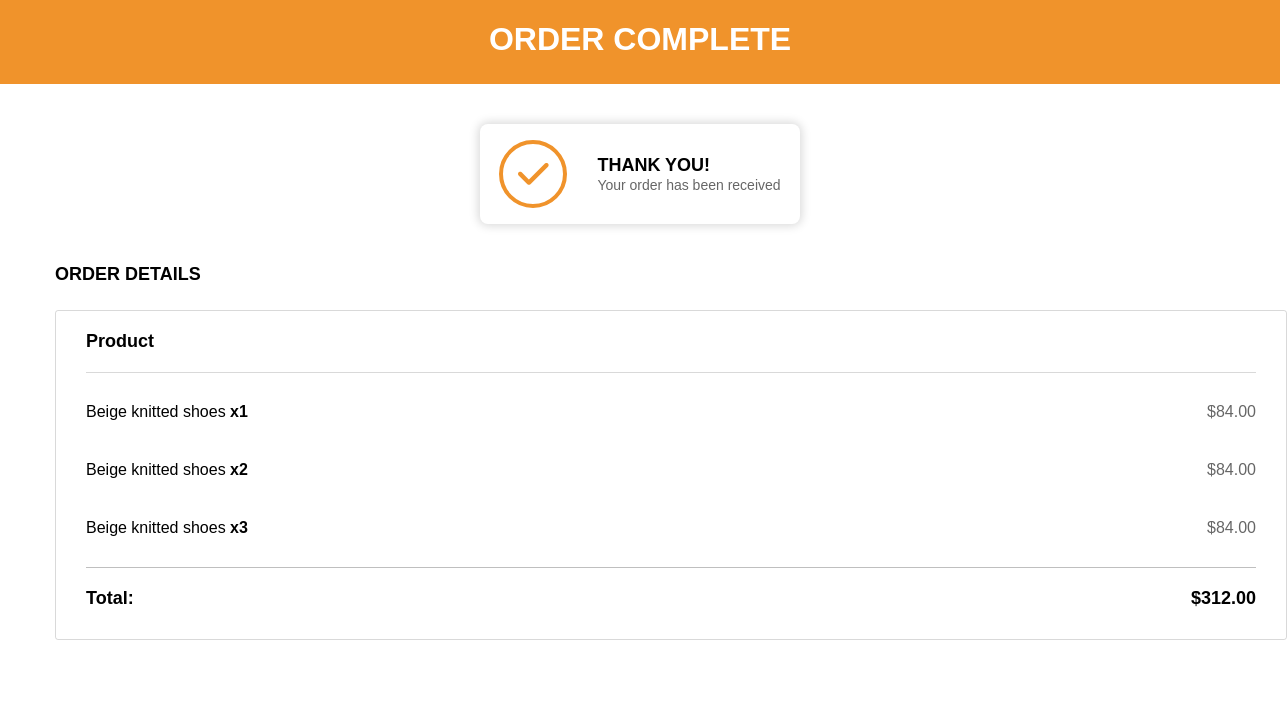
Repository: NguyenDucHung20002/project-homev1
Page: checkout/checkout.html
These files come from the project's save history. The page is drawn as it stood at one moment and after the next save; the edit follows.
The browser window is 1280 px wide. The page is 1287 px wide, so the pictures cover 1287 px, including what lies to the right of the window. The pictures show the whole page.
The style sheet was rebuilt from its Sass, Less or Tailwind sources for each picture, by a compiler version that may differ from the author's.

Above is the page before, as saved 2022-09-20 10:33:00.

### checkout/checkout.html
<!DOCTYPE html>
<html lang="en">

<head>
    <meta charset="UTF-8">
    <meta http-equiv="X-UA-Compatible" content="IE=edge">
    <meta name="viewport" content="width=device-width, initial-scale=1.0">
    <!-- <link rel="stylesheet" href="../reset.css"> -->
    <link rel="stylesheet" href="../fontawesome-free-6.1.2-web/css/all.min.css">
    <link rel="stylesheet" href="../dist/css/checkout.css">
    <title>Document</title>
    <link rel="icon" href="/icon/favicon.png">
</head>

<body>
    <header>
        <h1>ORDER COMPLETE</h1>
    </header>

    <div class="content">
        <div class="container">
            <div class="thank-you">
                <i class="fa-solid fa-check"></i>
                <div class="title">
                    <span><strong>THANK YOU!</strong></span><br>
                    <span>Your order has been received</span>
                </div>
            </div>
            <span class="title-order-details"><strong>ORDER DETAILS</strong></span>
            <div class="order-details">
                <span class="title-product"><strong>Product</strong></span>
                <div class="cart-items">
                    <div class="items">
                        <span class="name-items">Beige knitted shoes <strong>x1</strong></span>
                        <span class="price-items">$84.00</span>
                    </div>
                    <div class="items">
                        <span class="name-items">Beige knitted shoes <strong>x2</strong></span>
                        <span class="price-items">$84.00</span>
                    </div>
                    <div class="items">
                        <span class="name-items">Beige knitted shoes <strong>x3</strong></span>
                        <span class="price-items">$84.00</span>
                    </div>
                </div>
                <div class="sub-total">
                    <span class="title-subtotal">Total:</span>
                    <span class="total-price">$312.00</span>
                </div>
            </div>
        </div>
    </div>

</body>

<script src="https://cdnjs.cloudflare.com/ajax/libs/jquery/3.6.0/jquery.min.js"
    integrity="sha512-894YE6QWD5I59HgZOGReFYm4dnWc1Qt5NtvYSaNcOP+u1T9qYdvdihz0PPSiiqn/+/3e7Jo4EaG7TubfWGUrMQ=="
    crossorigin="anonymous" referrerpolicy="no-referrer"></script>
<script src="./checkout.js"></script>

</html>

### checkout/checkout.js
// $(".btn-checkout").click((e) => {
//   e.preventDefault();
// });

### checkout/checkout.scss
* {
  font-family: "Poppins", sans-serif;
}
body {
  position: relative;
}
.container {
  margin: 0 auto;
  width: 1170px;
}
header {
  width: 100%;
  height: 84px;
  position: fixed;
  top: 0;
  left: 0;
  z-index: 10000;
  background-color: #f0932b;
  h1 {
    text-align: center;
    color: #ffffff;
  }
}
.content {
  .container {
    background-color: #ffffff;
    margin-top: 84px;
    padding: 40px 0px;
    .thank-you {
      display: flex;
      align-items: center;
      justify-content: center;
      width: 320px;
      height: 100px;
      margin: 0 auto;
      border-radius: 8px;
      box-shadow: 0px 0px 10px 2px rgba(0, 0, 0, 0.15);
      i {
        color: #f0932b;
        text-align: center;
        line-height: 60px;
        width: 60px;
        height: 60px;
        border: 4px solid #f0932b;
        border-radius: 50%;
        font-size: 35px;
        font-weight: bold;
        margin-right: 30px;
      }
      .title {
        span {
          font-size: 14px;
          color: #666;
        }
        strong {
          color: black;
          font-size: 18px;
        }
      }
    }
    .title-order-details {
      display: inline-block;
      margin: 40px 0px 25px;
      color: black;
      font-size: 18px;
    }
    .order-details {
      width: 100%;
      border-radius: 3px;
      padding: 20px 30px;
      border: 0.5px solid rgba(0, 0, 0, 0.15);
      .title-product {
        display: inline-block;
        width: 100%;
        font-size: 18px;
        font-weight: bold;
        padding-bottom: 20px;
        border-bottom: 0.5px solid rgba(0, 0, 0, 0.15);
      }
      .cart-items {
        padding: 10px 0px;
        .items {
          display: flex;
          align-items: center;
          justify-content: space-between;
          padding: 20px 0px;
          .name-items {
          }
          .price-items {
            color: #666;
          }
        }
      }
      .sub-total {
        display: flex;
        align-items: center;
        justify-content: space-between;
        padding: 20px 0px 10px;
        border-top: 1px solid rgba(0, 0, 0, 0.25);
        font-weight: bold;
        color: black;
        font-size: 18px;
      }
    }
    #btn-gohome {
      padding: 20px;
      border: 4px solid #f0932b;
      font-weight: bold;
      font-size: 18px;
      color: #f0932b;
    }
  }
}

Loaded but not shown: fontawesome-free-6.1.2-web/css/all.min.css (library)

After the next save:
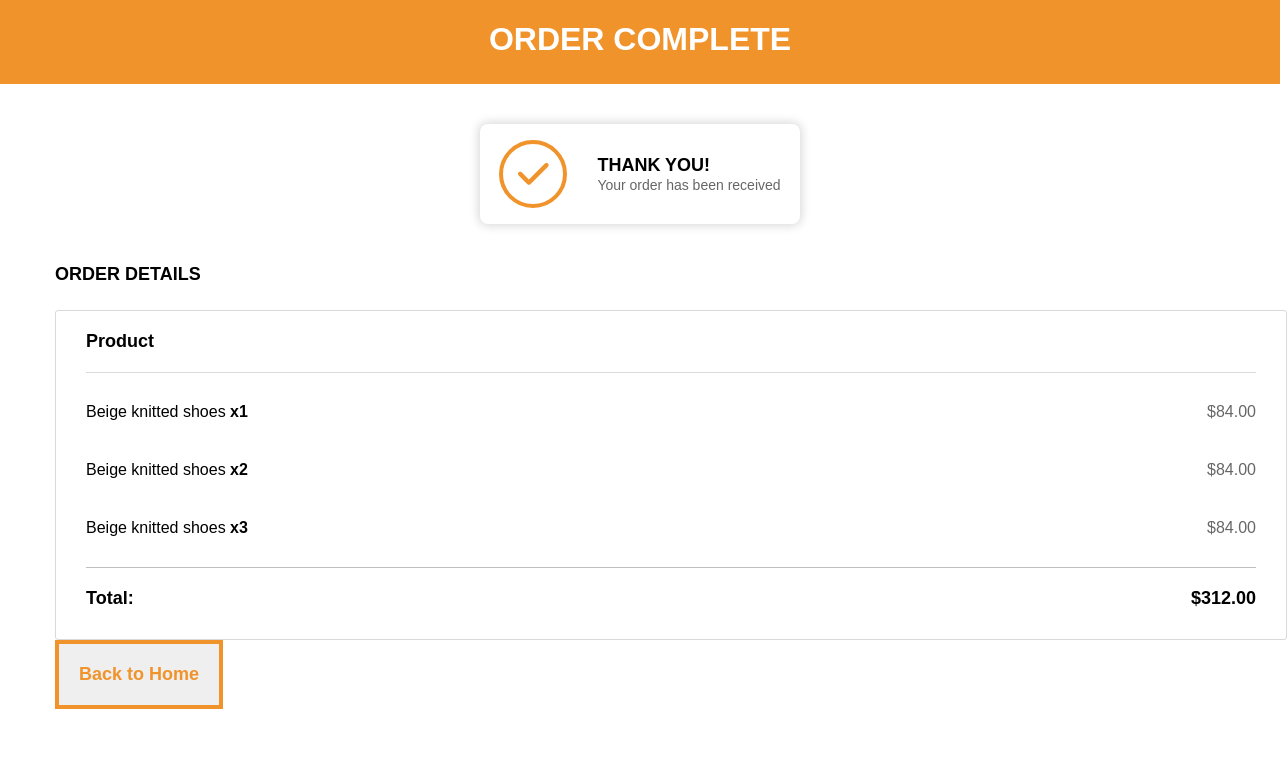
Saved 7 s later.
--- a/checkout/checkout.html
+++ b/checkout/checkout.html
@@ -48,6 +48,7 @@
                     <span class="total-price">$312.00</span>
                 </div>
             </div>
+            <button id="btn-gohome">Back to Home</button>
         </div>
     </div>
 
